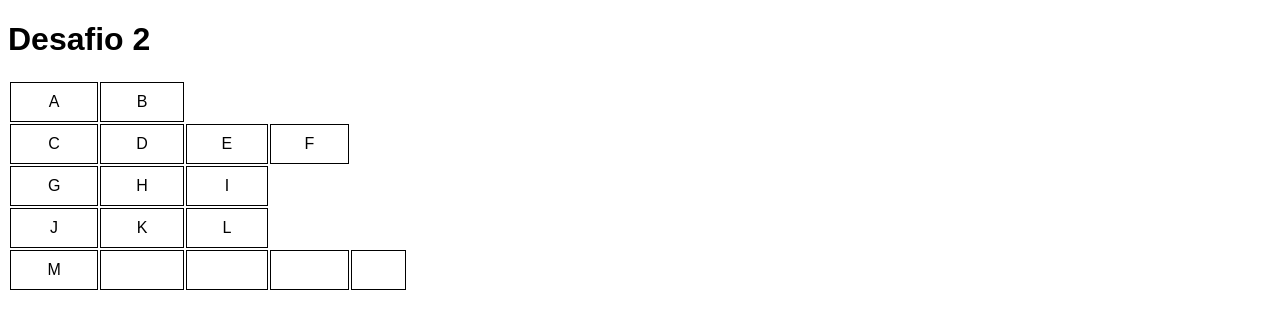
Repository: railsondev/html-css
Page: Módulo3/Desafio/D03 - tabela 1/tabela1.html
An editor plug-in stored every save of this project. The page is shown before and after the next save, followed by the edit.
The browser window is 1280 px wide. The pictures show the whole page.

Above is the page before, as saved 2024-10-19 22:17:10.

After the next save:
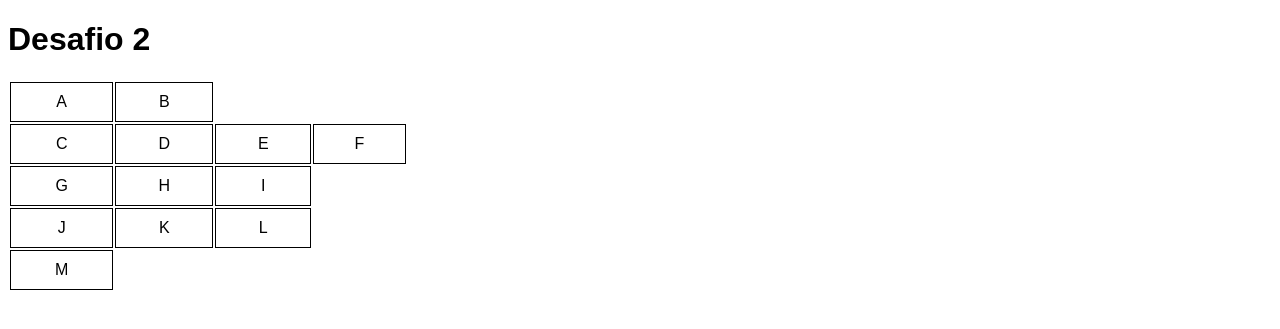
Saved 11 s later.
--- a/Módulo3/Desafio/D03 - tabela 1/tabela1.html
+++ b/Módulo3/Desafio/D03 - tabela 1/tabela1.html
@@ -31,10 +31,6 @@
     </tr>
     <tr>
       <td>M</td>
-      <td></td>
-      <td></td>
-      <td></td>
-      <td></td>
     </tr>
   </table>
 </body>
